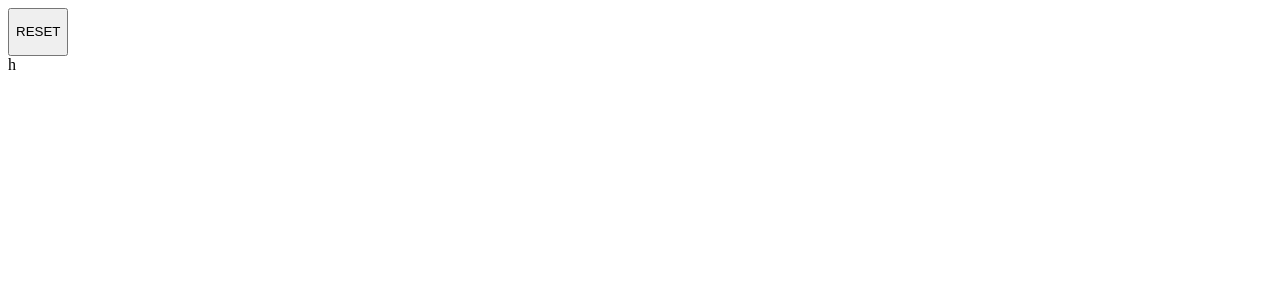
Repository: NataliaBlanco/Awesome_Business_Cards
Page: src/html/partials/section1.html
An editor plug-in stored every save of this project. The page is shown before and after the next save, followed by the edit.
The browser window is 1280 px wide. The pictures show the whole page.

Above is the page before, as saved 2023-02-02 22:16:57.

### src/html/partials/section1.html
<section class="preview">
  <div>
    <button type="reset" class="reset">
      <i class="far fa-trash-alt"></i>
      <p>RESET</p>
    </button>
  </div>
  <div class="card">
    <section class="header-card">h</section>
  </div>
</section>

After the next save:
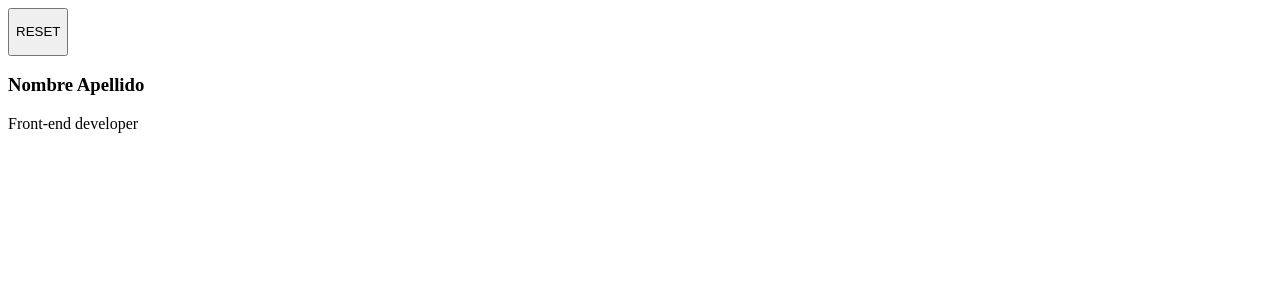
Saved 46 s later.
--- a/src/html/partials/section1.html
+++ b/src/html/partials/section1.html
@@ -6,6 +6,9 @@
     </button>
   </div>
   <div class="card">
-    <section class="header-card">h</section>
+    <section class="header-card">
+      <h1>Nombre Apellido</h1>
+      <p>Front-end developer</p>
+    </section>
   </div>
 </section>
